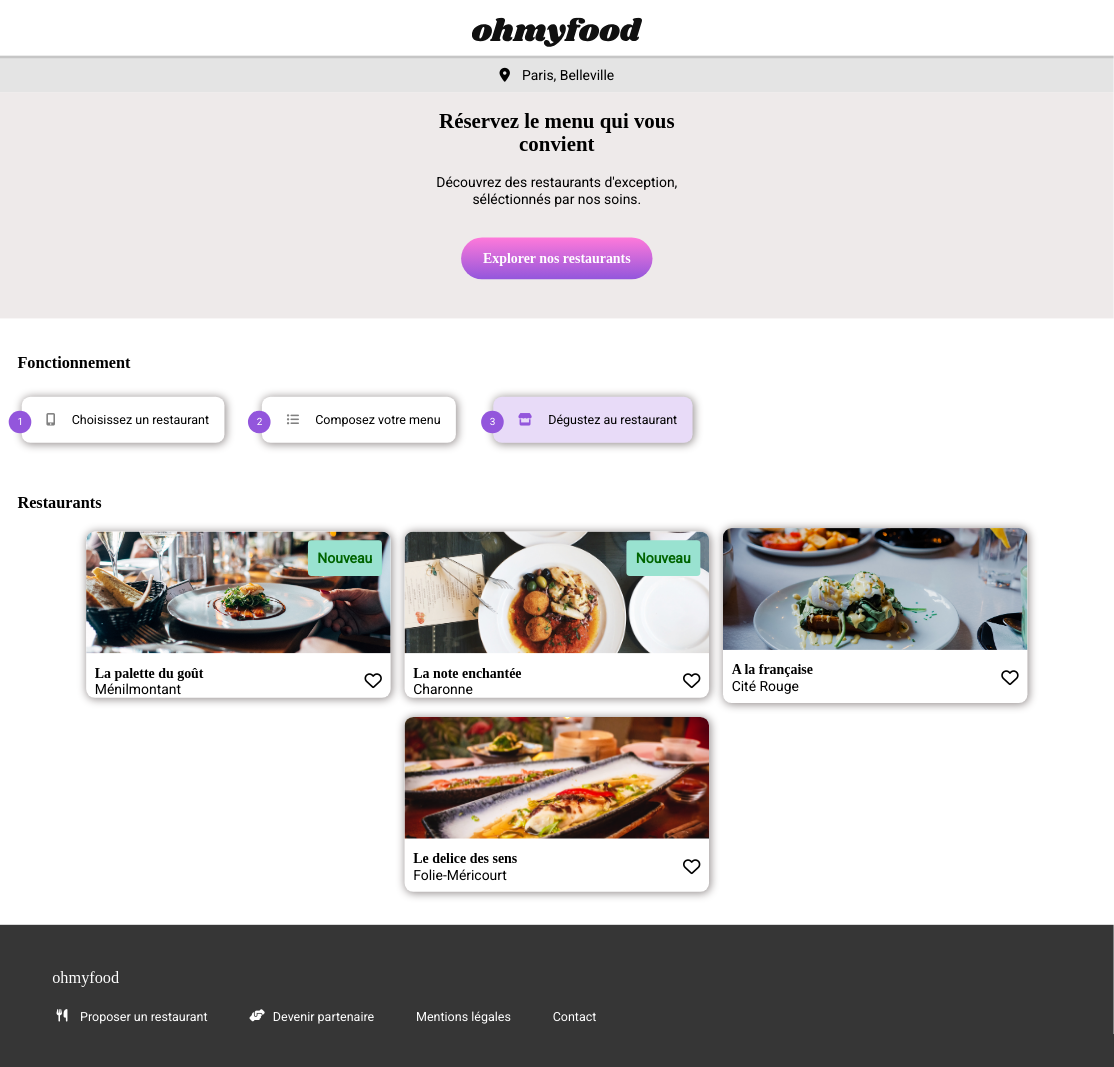
Repository: Micka-17/boimickael_3_16042021
Page: index.html
An editor plug-in stored every save of this project. The page is shown before and after a run of saves, followed by the edit.
The browser window is 1280 px wide. The pictures show the whole page, at 87% of full size.
Some web fonts or font styles are not loaded; a fallback is used. Some web libraries are served in a nearby version. The style sheet was rebuilt from its Sass, Less or Tailwind sources for each picture, by a compiler version that may differ from the author's.

Above is the page before, as saved 2021-05-25 08:50:39.

### index.html
<!DOCTYPE html>
<html lang="en">
<head>
    <meta charset="UTF-8">
    <meta http-equiv="X-UA-Compatible" content="IE=edge">
    <meta name="viewport" content="width=device-width, initial-scale=1.0">
    <link rel="stylesheet" href="css/style.css">
    <script src="https://kit.fontawesome.com/7f2b024bdc.js" crossorigin="anonymous"></script>
    <title>OhMyFood</title>
</head>
<body>
    <div id="backgroundloader">
        <div id="loader">
        </div>
    </div>
    <header>
        <div id="logo">
            <img src="images/logo/ohmyfood@2x.svg" alt="OhMyFood">
        </div>
    </header>
    <section id="sec-1">
        <div id="top">
            <div id="paris">
                <p><i class="fas fa-map-marker-alt icon"></i> Paris, Belleville</p>
            </div>
            <div id="reservation">
                <h2 id="center-top1">Réservez le menu qui vous convient</h2>
                <p id="center-top2">Découvrez des restaurants d'exception, séléctionnés par nos soins.</p>
                <a id="btn" href="#sec-3">Explorer nos restaurants</a>
            </div>
        </div>
    </section>
    <section id="sec-2">
        <div class="fonctionnement">
            <h3 class="h3s">Fonctionnement</h3>
            <ul class="bolder">
                <li><p id="number1">1</p><i class="fas fa-mobile-alt icon-top"></i> Choisissez un restaurant</li>
                <li><p id="number2">2</p><i class="fas fa-list-ul icon-top"></i> Composez votre menu</li>
                <li id="li-3"><p id="number3">3</p><i class="fas fa-store icon-top-purple"></i> Dégustez au restaurant</li>
            </ul>
        </div>
    </section>
    <section id="sec-3">
        <h3 class="h3s">Restaurants</h3>
        <div class="choice">
            <a href="pages/la_palette_du_gout.html">
            <div class="card">
                <p class="nouveau">Nouveau</p>
                <img id="new" class="imga" src="images/restaurants/la_palette_du_gout.jpg" alt="la_palette_du_gout">
                <div class="resto">
                    <div>
                        <h4>La palette du goût</h4>
                        <p>Ménilmontant</p>
                    </div>
                    <div class="loveclcik">
                        <i class="far fa-heart love fa-lg"></i>
                        <i class="fas fa-heart loves3"></i>
                    </div>
                </div>
            </div>
            </a>
            <a href="pages/la_note_enchantee.html">
            <div class="card">
                <p class="nouveau">Nouveau</p>
                <img class="imga" src="images/restaurants/la_note_enchantee.jpg" alt="la_note_enchantee">
                <div class="resto">
                    <div>
                        <h4>La note enchantée</h4>
                        <p>Charonne</p>
                    </div>
                    <div class="loveclcik">
                        <i class="far fa-heart love fa-lg"></i>
                        <i class="fas fa-heart loves3"></i>
                    </div>
                </div>
            </div>
            </a>
            <a href="pages/a_la_francaise.html">
            <div class="card">
                <img class="imga" src="images/restaurants/a_la_française.jpg" alt="a_la_française">
                <div class="resto">
                    <div>
                        <h4>A la française</h4>
                        <p>Cité Rouge</p>
                    </div>
                    <div class="loveclcik">
                        <i class="far fa-heart love fa-lg"></i>
                        <i class="fas fa-heart loves3"></i>
                    </div>
                </div>
            </a>
            </div>
            <a href="pages/le_delice_des_sens.html">
            <div class="card">
                <img class="imga" src="images/restaurants/le_delice_des_sens.jpg" alt="le_delice_des_sens">
                <div class="resto">
                    <div>
                        <h4>Le delice des sens</h4>
                        <p>Folie-Méricourt</p>
                    </div>
                    <div class="loveclcik">
                        <i class="far fa-heart love fa-lg"></i>
                        <i class="fas fa-heart loves3"></i>
                    </div>
                </div>
            </a>
            </div>
        </div>
    </section>
    <section id="end">
        <footer>
            <div class="end-ul">
                <h3 id="logo-white">ohmyfood</h3>
                <ul>
                    <li><i class="fas fa-utensils icon-footer"></i> Proposer un restaurant</li>
                    <li><i class="fas fa-hands-helping icon-footer"></i> Devenir partenaire</li>
                    <li>Mentions légales</li>
                    <a id="contact" href="mailto:contact@ohmyfood.com"><li>Contact</li></a>
                </ul>
            </div>
        </footer>
    </section>
</body>
</html>

### sass/style.scss
@import "./directories/Utils/variables-mixin";
@import "./directories/Base/main.scss";



ul {
    font-family: 'Roboto', sans-serif;
    font-size: 0.9em;
    @media (min-width: 430px) {
        max-width: 450px;
    }
        @media (min-width: 1000px) {
            display: flex;
            min-width: 100%;
        }
}

#backgroundloader {
    position: absolute;
    top: 0;
    left: 0;
    background-color: $color3;
    min-width: 100%;
    height: 100vh;
    animation: loader2 5s;
    animation-fill-mode: both;
  }
#loader {
    position: absolute;
    height: 70px;
    top: 50%;
    right: 50%;
    bottom: 50%;
    left: 50%;
    width: 64px;
    height: 64px;
    border-radius: 50%;
    border: 6px solid rgb(255, 255, 255);
    border-color: $color1 transparent $color2 transparent;
    animation: lds-dual-ring 0.8s infinite, loader 5s;
    animation-delay: 0.2s;
    animation-fill-mode: both;
  }

#contact {
    color: white;
}

.spacediv p {
    font-family: 'Roboto', sans-serif;
    text-overflow: ellipsis;
    overflow: hidden;
    white-space: nowrap;
}

#logo {
    display: flex;
    justify-content: center;
    margin-top: 20px;
    margin-bottom: 10px;
}

#paris {
    display: flex;
    justify-content: center;
    border-top: solid 3px rgba(128, 128, 128, 0.301);
    min-width: 321px;
    padding-top: 10px;
    padding-bottom: 10px;
    background-color: rgba(128, 128, 128, 0.212);
        .icon {
            margin-right: 10px;
        }
}

#reservation {
    display: flex;
    justify-content: center;
    flex-direction: column;
    place-items: center;
    background-color: rgb(238, 234, 234);
    padding-bottom: 45px;
        #btn {
            @include btn();
                &:hover {
                    filter: brightness(1.10);
                    box-shadow: 0px 0px 10px 5px gray;
                }
        }
}

#center-top1 {
    text-align: center;
    margin-top: 20px;
    max-width: 350px;
}

#center-top2 {
    margin-top: 20px;
    margin-bottom: 20px;
    text-align: center;
    max-width: 350px;
}


.icon-top {
    color: gray;
    margin-right: 15px;
    margin-left: 10px;
}

.icon-top-purple {
    color: $color1;
    margin-right: 15px;
    margin-left: 10px;
}

#li-3 {
    background-color: #9256dc36;
}

li {
    background-color: #ffffff;
    border-radius: 10px;
    padding: 18px;
    margin: 18px;
    margin-left: 25px;
    box-shadow: 1px 1px 10px 1px rgb(151, 145, 145);
        #number1 {
            position: absolute;
            top: 462px;
            left: 10px;
            background-color: $color1;
            border-radius: 50px;
            padding: 6px 10px;
            font-size: 0.8em;
            color: white;
                @media (min-width: 1000px) {
                    top: 472px;
                    left: 10px;
                }
        }
            #number2 {
                position: absolute;
                top: 534px;
                left: 10px;
                background-color: $color1;
                border-radius: 50px;
                padding: 6px 10px;
                font-size: 0.8em;
                color: white;
                    @media (min-width: 1000px) {
                        top: 472px;
                        left: 285px;
                    }
            }
                #number3 {
                    position: absolute;
                    top: 607px;
                    left: 10px;
                    background-color: $color1;
                    border-radius: 50px;
                    padding: 6px 10px;
                    font-size: 0.8em;
                    color: white;
                        @media (min-width: 1000px) {
                            top: 472px;
                            left: 553px;
                        }
                }
}

.card {
    background-color: #ffffff;
    border-radius: 10px;
    padding: 0px;
    margin: 8px;
    box-shadow: 1px 1px 10px 1px rgb(151, 145, 145);
        @media (min-width: 375px) {
            min-width: 350px;
        }
}

.imga {
    object-fit: cover;
    border-radius: 10px 10px 0px 0px;
    min-width: 280px;
    max-height: 140px;
    min-height: 140px;
    @media (min-width: 375px) {
        min-width: 100%;
    }
    @media (min-width: 414px) {
        min-width: 100%;
    }
}
.card {
    position: relative;
}
.nouveau {
    position: absolute;
    padding: 0.7rem;
    border-radius: 0.25rem;
    color: darkgreen;
    font-weight: bold;
    right: 10px;
    top: 10px;
    background-color: #99e2d0;
}

.h3s {
    margin: 40px 0px 10px 20px;

}

.choice {
    display: flex;
    flex-direction: column;
    place-items: center;
        .resto {
            display: flex;
            justify-content: space-between;
            align-items: center;
            margin: 10px;
        }
            @media (min-width: 630px) {
                flex-wrap: wrap;
                flex-direction: row;
                justify-content: center;
            }
}


footer {
    margin-top: 30px;
    padding: 10px;
    background-color: rgb(54, 54, 54);
    color: white;
        #logo-white {
            font-family: 'Shrikhand', cursive;
            font-weight: 300;
            margin-bottom: 15px;
            margin-left: 20px;
            margin-top: 10px;
        }
            li {
                background-color: transparent;
                border-radius: 0;
                padding: 5px;
                margin-left: 20px;
                box-shadow: none;
                display: flex;
                margin-top: 5px;
                margin-bottom: 5px;
            }
                .icon-footer {
                    max-width: 2px;
                    max-height: 2px;
                    margin-right: 25px;
                }
                    @media (min-width:1000px) {
                        padding: 40px;
                    }
}


//pages 2

.img-top {
    min-width: 100%;
    max-height: 510px;
}

.arrow {
    position: absolute;
    left: 20px;
    top: 30px;
    color: rgba(0, 0, 0, 0.801);
}
#margtitle {
    margin-left: 15px;
    max-width: 220px;
}
img {
    object-fit: cover;
    max-width: 320px;
}
.titlemargall {
    margin-top: 30px;
    margin-left: 15px;
    border-bottom: solid rgba(55, 224, 55, 0.541);
    max-width: 30px;
}
#middle {
    position: absolute;
    top: 240px;
    min-width: 100%;
    min-height: 980px;
    background-color: rgb(231, 229, 229);
    border-radius: 20px 20px 0px 0;
    padding-top: 30px;
     .entrees {
        @include centre();
        @include capsule();
     }
        .bold {
            font-weight: bold;
            font-size: 1em;
        }
        .bolder {
            font-weight: bold;
            font-size: 0.6m;
                @media (min-width: 1000px) {
                    margin: 15px;
                }
        }
            p {
                font-size: 0.7em;
            }
                .loves1 {
                    position: absolute;
                    right: 15px;
                    color: gray
                }
}

.loves2 {
    display: none;
    opacity: 0;
    background: linear-gradient(0deg,#9356dc,#ff79da);
    background-clip: text;
    -webkit-background-clip: text;
    -moz-background-clip: text;
    -webkit-text-fill-color: transparent;
    position: absolute;
    right: 15px;
}
#margtitle:hover .loves2 {
    animation: fadeout;
    opacity: 1;
    animation-duration: .5s;
    display: inline-block;
    justify-content: center;
}

.loves3 {
    display: none;
    opacity: 0;
    background: linear-gradient(0deg,#9356dc,#ff79da);
    background-clip: text;
    -webkit-background-clip: text;
    -moz-background-clip: text;
    -webkit-text-fill-color: transparent;
    position: absolute;
    right: 8px;
    bottom: 18px;
}
.loveclcik:hover .loves3 {
    animation: fadeout2;
    opacity: 1;
    animation-duration: .5s;
    display: inline-block;
    justify-content: center;
    font-size: 1.5em;
}

#entrees {
    animation: slideup 1s;
    animation-duration: 1s;
}
#plats {
    animation: slideup 1s;
    animation-duration: 5s;
}
#desserts {
    animation: slideup 1s;
    animation-duration: 8s;
}


.entrees, .plats, .desserts {
    cursor: pointer;
        @media (max-width:321px) {
            width: 300px;
        }
        @media (max-width:378px) {
            max-width: 100%;
        }
        @media (max-width:414px) {
            max-width: 100%;
        }
        @media (min-width: 1000px) {
            min-width: 30%;
            min-height: 90px;
            width: 100%;
        }
}

.spacediv {
    width: 100%;
    overflow: hidden;
    @include spacediv();
        @media (min-width: 1000px) {
            justify-content: space-evenly;
        }
}
.plats {
    @include capsule();
    @include centre();
}
.desserts {
    @include capsule();
    @include centre();
}

.responsive {
    @media (min-width: 1000px) {
        display: flex;
        justify-content: center;
    }
}

.responsive-entrees {
    @media (min-width: 1000px) {
        display: flex;
        justify-content: center;
        flex-wrap: wrap;
    }
}

#btnp2 {
    @include btn();
    margin-top: 40px;
        &:hover {
            filter: brightness(1.10);
            box-shadow: 0px 0px 10px 5px gray;
        }
         @media (min-width: 1000px) {
            margin-top: 150px;
         }
}

#placement-btn {
    display: flex;
    justify-content: center;
    place-items: center;
}

.end1 {
    position: absolute;
    top: 1151px;
    min-width: 100%;
}

//page la note enchantee

 .align-price{
    display: flex;
    align-items: flex-end;
    margin-bottom: 8px;
    margin-right: 8px;
}

.check {
    width: 0px;
    transition-duration: 1s;
    font-size: 1.5em;
     & i {
        display: none;
        place-items: center;
        color: white;
     }
}

.entrees:hover .check {
    width: 90px;
    height: 51px;
    background-color: $color3;
    display: flex;
    justify-content: center;
    border-radius: 0 20% 20% 0;
        @media (max-width: 1000px) {
            width: 65px;
        }
            & .rotation {
                display: flex;
                place-items: center;
            }
                & .rond {
                    display: flex;
                    place-items: center;
                    transform-origin: center;
                    animation: spin;
                    animation-duration: 1s;
                }
                    @media (min-width: 1000px) {
                        height: 90px;
                        border-radius: 0 10% 10% 0;
                    }
}


.plats:hover .check {
    width: 90px;
    height: 51px;
    background-color: $color3;
    display: flex;
    justify-content: center;
    border-radius: 0 20% 20% 0;
        @media (max-width: 1000px) {
            width: 65px;
        }
            & .rotation {
                display: flex;
                place-items: center;
            }
                & .rond {
                    display: flex;
                    place-items: center;
                    transform-origin: center;
                    animation: spin;
                    animation-duration: 1s;
                }
                    @media (min-width: 1000px) {
                        height: 90px;
                        border-radius: 0 10% 10% 0;
                    }
}

.desserts:hover .check {
    width: 90px;
    height: 51px;
    background-color: $color3;
    display: flex;
    justify-content: center;
    border-radius: 0 20% 20% 0;
        @media (max-width: 1000px) {
            width: 65px;
        }
            & .rotation {
                display: flex;
                place-items: center;
            }
                & .rond {
                    display: flex;
                    place-items: center;
                    transform-origin: center;
                    animation: spin;
                    animation-duration: 1s;
                }
                    @media (min-width: 1000px) {
                        height: 90px;
                        border-radius: 0 10% 10% 0;
                    }
}

### sass/directories/Utils/_variables-mixin.scss
$color1: #9356DC;
$color2: #FF79DA;
$color3: #99E2D0;

@mixin centre {
    display: flex;
    justify-content: space-between;
}

@mixin capsule {
    background-color: whitesmoke;
    border-radius: 10px;
    box-shadow: 1px 1px 10px 1px rgb(226, 226, 226);
    margin: 10px;
    overflow: hidden;
}
 @mixin spacediv {
    min-height: 35px;
    display: flex;
    flex-direction: column;
    justify-content: space-between;
    padding: 8px;
 }
@mixin btn {
    background: linear-gradient($color2, $color1);
    border-radius: 50px;
    border: none;
    box-shadow: gray;
    color: white;
    font-weight: bold;
    max-width: 200px;
    min-width: 200px;
    margin-top: 15px;
    padding: 15px 10px;
    text-align: center;
    text-decoration: none
}

@keyframes fadein {
    from {
        transform: scaleX(0);
    }

    to {
        transform: scaleX(1);
    }
}

@keyframes fadeout {
    from {
        transform: scaleY(0);
    }

    to {
        transform: scaleY(1);
    }
}
@keyframes fadeout2 {
    from {
        transform: scale(0);
    }

    to {
        transform: scale(1.5);
    }
}

@keyframes spin {
    from {
        transform: rotate(0deg);
    } to {
        transform: rotate(360deg);
    }
}

@keyframes slideup {
    from {
        transform: translateY(50px);
        opacity: 0;
    }
    to {
        transform: translateY(0px);
        opacity: 1;
    }
}


 @keyframes lds-dual-ring {
    0% {
      transform: rotate(0deg);
    }
    50% {
        transform: rotate(180deg);
        opacity: 10%;
      }
    100% {
      transform: rotate(360deg);
    }
  }

@keyframes loader {
    0% {
    opacity: 100%;
    }
    99% {
        opacity: 100%;
    }
    100% {
        opacity: 100%;
        z-index: -1000;
    }
}

@keyframes loader2 {
    0% {
    opacity: 100%;
    z-index: 9999;
    }
    99% {
        opacity: 0;
        z-index: -1000;
    }
    100% {
        opacity: 0;
        z-index: -1000;
    }
}

### sass/directories/Base/main.scss
@import url('https://fonts.googleapis.com/css2?family=Roboto&family=Shrikhand&display=swap');

* {
    margin: 0;
    padding: 0;
    text-decoration: none;
    list-style-type: none;
}
#margtitle {
    font-family: Shrikhand;
    font-weight: 100;
    font-size: 1.2em;
}
p {
    font-family: 'Roboto', sans-serif;
}
a {
    text-decoration: none;
    list-style: none;
    color: rgb(0, 0, 0);
}

After the next 2 saves:
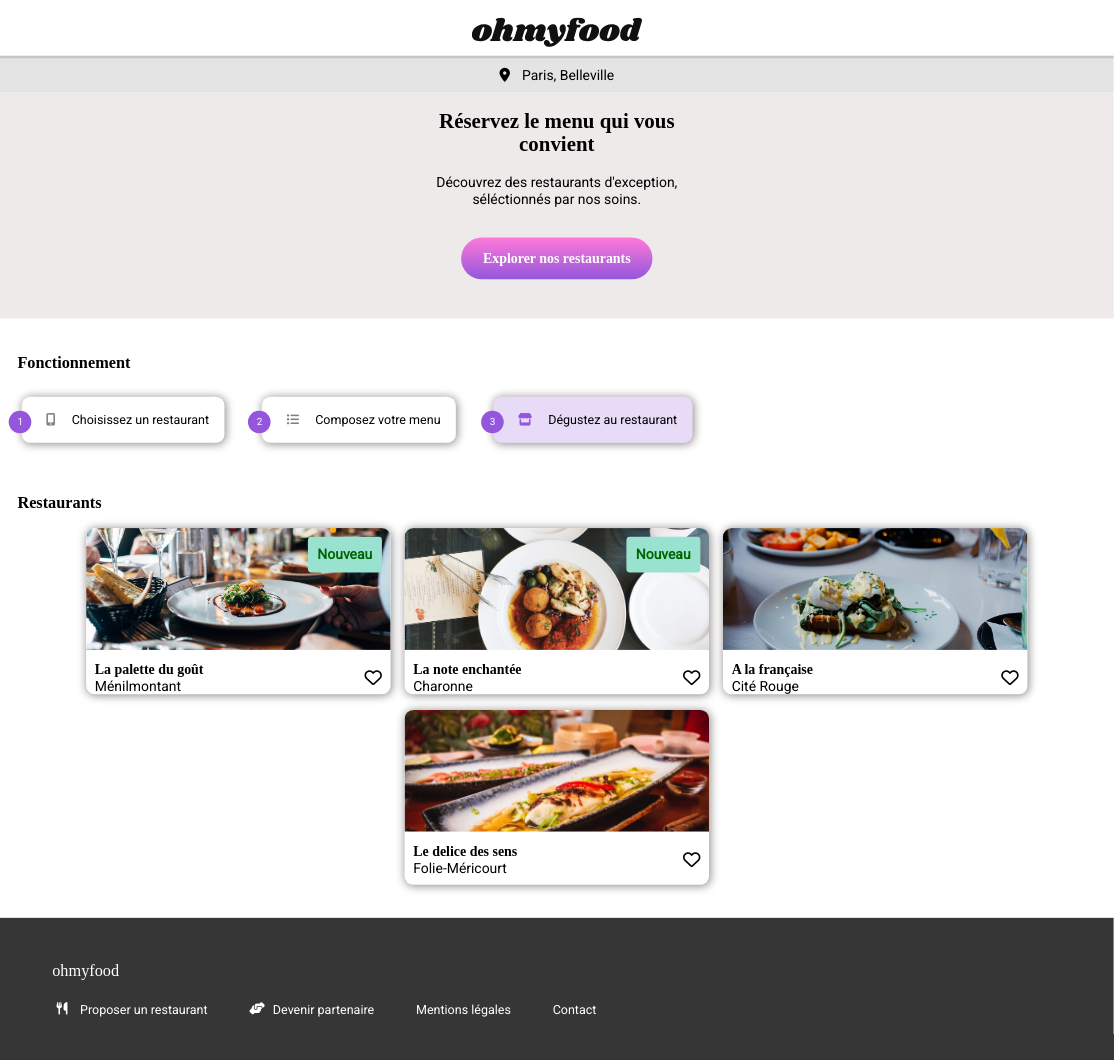
The 2 saves are shown as one change because they came seconds apart.
The last was saved 5 s later.
--- a/index.html
+++ b/index.html
@@ -88,8 +88,7 @@
                         <i class="fas fa-heart loves3"></i>
                     </div>
                 </div>
-            </a>
-            </div>
+                        </div>
             <a href="pages/le_delice_des_sens.html">
             <div class="card">
                 <img class="imga" src="images/restaurants/le_delice_des_sens.jpg" alt="le_delice_des_sens">
